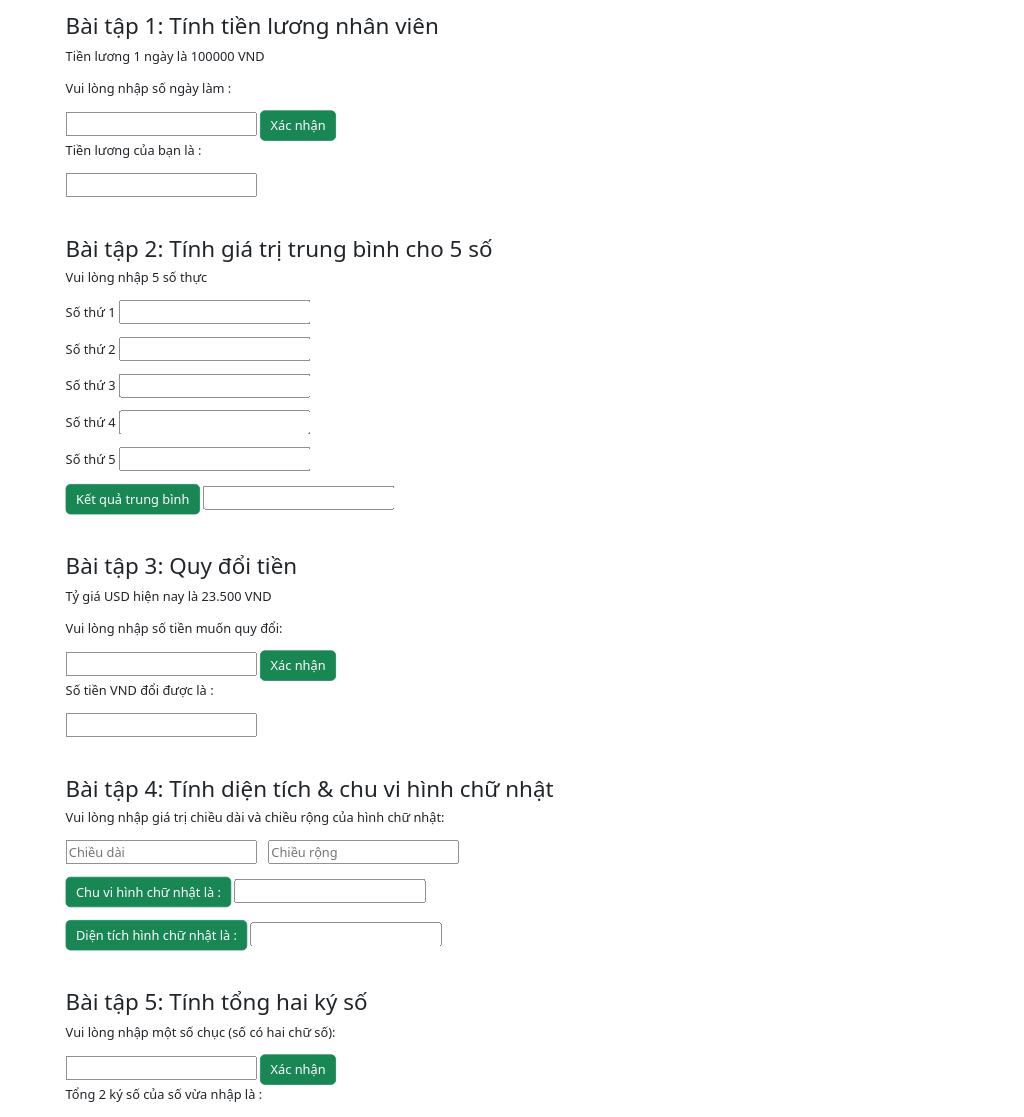
Repository: hcozyph/TranHuuPhuoc_BC43_BT_JS_Buoi2
Page: index.html
These files come from the project's save history. The page is drawn as it stood at one moment and after the next save; the edit follows.
The browser window is 1280 px wide. The pictures show the whole page, at 80% of full size.

Above is the page before, as saved 2023-01-21 23:27:58.

### index.html
<!DOCTYPE html>
<html lang="en">
    <head>
        <title>BT JS - Buoi 1</title>
        <!-- Required meta tags -->
        <meta charset="utf-8" />
        <meta
            name="viewport"
            content="width=device-width, initial-scale=1, shrink-to-fit=no"
        />

        <!-- Bootstrap CSS v5.2.1 -->
        <link
            href="https://cdn.jsdelivr.net/npm/bootstrap@5.2.1/dist/css/bootstrap.min.css"
            rel="stylesheet"
            integrity="sha384-iYQeCzEYFbKjA/T2uDLTpkwGzCiq6soy8tYaI1GyVh/UjpbCx/TYkiZhlZB6+fzT"
            crossorigin="anonymous"
        />

        <!-- FontAwesome 6.2.0 CSS -->
        <link
            rel="stylesheet"
            href="https://cdnjs.cloudflare.com/ajax/libs/font-awesome/6.2.0/css/all.min.css"
            integrity="sha512-xh6O/CkQoPOWDdYTDqeRdPCVd1SpvCA9XXcUnZS2FmJNp1coAFzvtCN9BmamE+4aHK8yyUHUSCcJHgXloTyT2A=="
            crossorigin="anonymous"
            referrerpolicy="no-referrer"
        />

        <!-- index.css -->
        <link rel="stylesheet" href="./style/index.css" />
    </head>

    <body>
        <!-- BT1 -->
        <div class="container">
            <div class="BT1">
                <h1 class="fs-3 mt-3">Bài tập 1: Tính tiền lương nhân viên</h1>
                <p>Tiền lương 1 ngày là 100000 VND</p>
                <p>Vui lòng nhập số ngày làm :</p>
                <input type="number" id="soNgayLam" />
                <button
                    class="btn btn-success"
                    id="btnXacNhan"
                    onclick="inputSoNgayLam()"
                >
                    Xác nhận
                </button>
                <p>Tiền lương của bạn là :</p>
                <input type="text" id="result" />
            </div>

            <!-- BT2 -->
            <div class="BT2">
                <h1 class="fs-3 mt-5">
                    Bài tập 2: Tính giá trị trung bình cho 5 số
                </h1>
                <p>Vui lòng nhập 5 số thực</p>

                <p>Số thứ 1 <input type="number" id="n1" /></p>
                <p>Số thứ 2 <input type="number" id="n2" /></p>
                <p>Số thứ 3 <input type="number" id="n3" /></p>
                <p>Số thứ 4 <input type="number" id="n4" /></p>
                <p>Số thứ 5 <input type="number" id="n5" /></p>

                <button
                    class="btn btn-success"
                    id="btnAverage"
                    onclick="average()"
                >
                    Kết quả trung bình
                </button>
                <input type="text" id="average" />
            </div>

            <!-- BT3 -->
            <div class="BT3">
                <h1 class="fs-3 mt-5">Bài tập 3: Quy đổi tiền</h1>
                <p>Tỷ giá USD hiện nay là 23.500 VND</p>
                <p>Vui lòng nhập số tiền muốn quy đổi:</p>

                <input type="number" id="inputUsd" />
                <button
                    class="btn btn-success"
                    id="btnTradeMoney"
                    onclick="tradeMoney ()"
                >
                    Xác nhận
                </button>

                <p>Số tiền VND đổi được là :</p>
                <input type="text" id="tradeMoney" />
            </div>

            <!-- BT4 -->
            <div class="BT4">
                <h1 class="fs-3 mt-5">
                    Bài tập 4: Tính diện tích & chu vi hình chữ nhật
                </h1>
                <p>
                    Vui lòng nhập giá trị chiều dài và chiều rộng của hình chữ
                    nhật:
                </p>

                <input type="number" id="length" placeholder="Chiều dài" />
                <input
                    style="margin-left: 10px"
                    type="number"
                    id="width"
                    placeholder="Chiều rộng"
                />

                <div class="chuVi mt-3">
                    <button class="btn btn-success" onclick="chuVi()">
                        Chu vi hình chữ nhật là :
                    </button>
                    <input type="number" id="chuVi" />
                </div>

                <div class="dienTich mt-3">
                    <button class="btn btn-success" onclick="dienTich()">
                        Diện tích hình chữ nhật là :
                    </button>
                    <input type="number" id="dienTich" />
                </div>
            </div>

            <!-- BT5 -->
            <div class="BT5">
                <h1 class="fs-3 mt-5">Bài tập 5: Tính tổng hai ký số</h1>
                <p>Vui lòng nhập một số chục (số có hai chữ số):</p>
                <input type="number" id="inputSoChuc" />
                <button class="btn btn-success">Xác nhận</button>
                <p>Tổng 2 ký số của số vừa nhập là :</p>
            </div>
        </div>

        <!-- Bootstrap JavaScript Libraries -->
        <script
            src="https://cdn.jsdelivr.net/npm/@popperjs/core@2.11.6/dist/umd/popper.min.js"
            integrity="sha384-oBqDVmMz9ATKxIep9tiCxS/Z9fNfEXiDAYTujMAeBAsjFuCZSmKbSSUnQlmh/jp3"
            crossorigin="anonymous"
        ></script>

        <script
            src="https://cdn.jsdelivr.net/npm/bootstrap@5.2.1/dist/js/bootstrap.min.js"
            integrity="sha384-7VPbUDkoPSGFnVtYi0QogXtr74QeVeeIs99Qfg5YCF+TidwNdjvaKZX19NZ/e6oz"
            crossorigin="anonymous"
        ></script>

        <!-- index.js -->
        <script src="./index.js"></script>
    </body>
</html>

### index.js
//BT1: Tính tiền lương nhân viên
function inputSoNgayLam () {
    //input
    var soNgayLam = document.getElementById('soNgayLam').value;
    var luongMotNgay = 100000;

    //output
    var result = 0;

    //progress
    var result = parseInt(soNgayLam) * parseInt(luongMotNgay);

    document.getElementById('result').value = result.toLocaleString() + ' VND';
}

//BT2: Tính trung bình cộng 5 số
function average () {
    //input
    var n1 = document.getElementById('n1').value;
    var n2 = document.getElementById('n2').value;
    var n3 = document.getElementById('n3').value;
    var n4 = document.getElementById('n4').value;
    var n5 = document.getElementById('n5').value;
    //output
    var average = 0;
    var soLuongInput = 5;

    //progress
    var sum = parseFloat(n1) + parseFloat(n2) + parseFloat(n3) + parseFloat(n4) + parseFloat(n5);

    var average =  sum / parseFloat(soLuongInput) ;

    document.getElementById('average').value = average;
}

//BT3: Quy đổi tiền
function tradeMoney () {
    //input
    var inputUsd = document.getElementById('inputUsd').value;
    var tyGia = 23500;

    //output
    var tradeMoney = 0;

    //progress
    var tradeMoney = parseInt(inputUsd) * parseInt(tyGia);
    document.getElementById('tradeMoney').value = tradeMoney.toLocaleString() + ' VND';
}

//BT4: Tính chu vi & diện tích hình chữ nhật
function chuVi () {
    // input
    var length = document.getElementById('length').value;
    var width = document.getElementById('width').value;

    //output
    var chuVi = ( parseInt(length) + parseInt(width) ) * 2;

    //progress
    document.getElementById('chuVi').value = chuVi.toLocaleString();
}


function dienTich () {
    // input
    var length = document.getElementById('length').value;
    var width = document.getElementById('width').value;

    //output
    var dienTich = parseInt(length) * parseInt(width) ;

    //progress
    document.getElementById('dienTich').value = dienTich.toLocaleString();
}


//BT5: Tính tổng hai ký số







/*
Link vercel:
https://tran-huu-phuoc-bc-43-bt-js-buoi1.vercel.app/
*/

Loaded but not shown: style/index.css (no stored copy; drawn as an empty file)

After the next save:
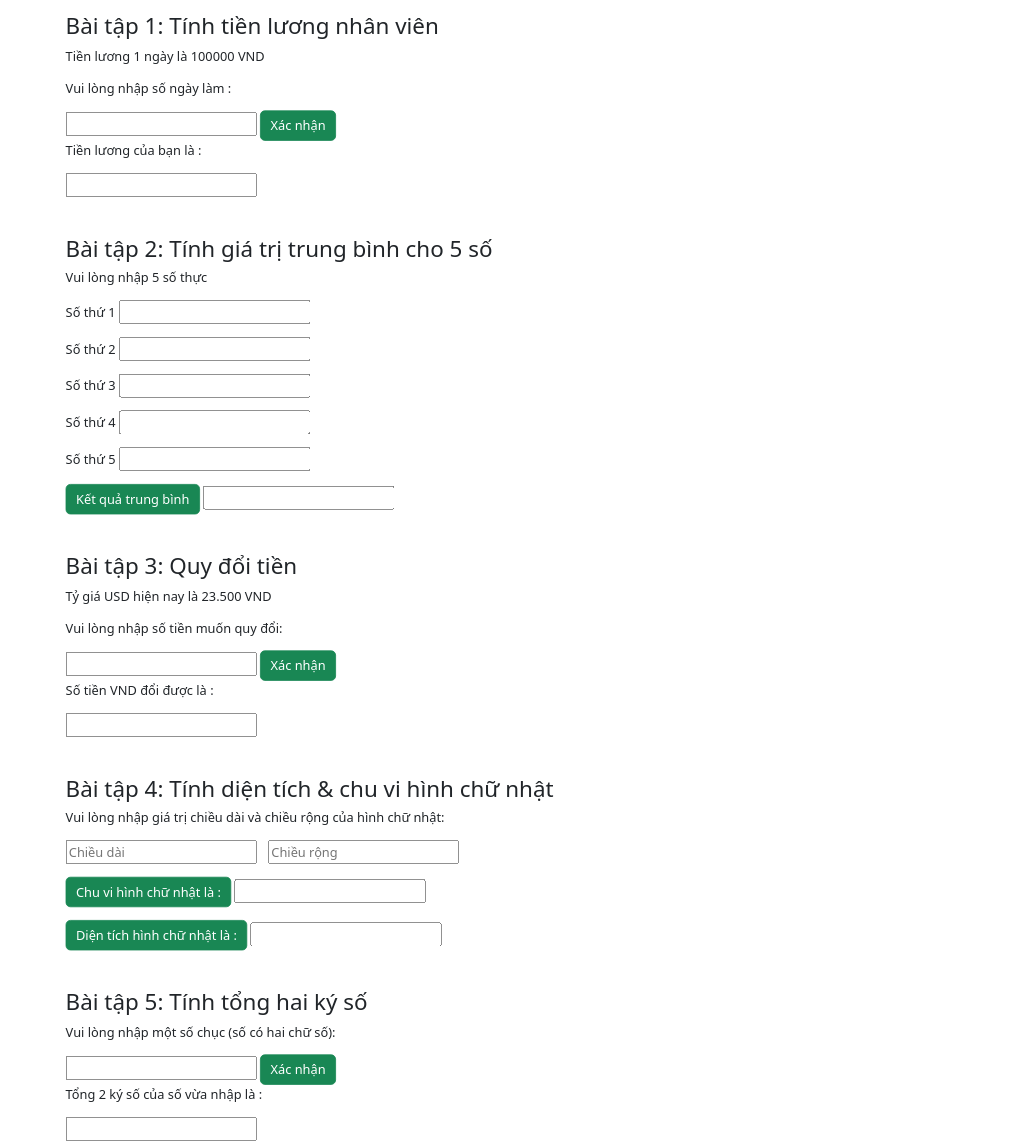
Saved 99 s later.
--- a/index.html
+++ b/index.html
@@ -129,8 +129,11 @@
                 <h1 class="fs-3 mt-5">Bài tập 5: Tính tổng hai ký số</h1>
                 <p>Vui lòng nhập một số chục (số có hai chữ số):</p>
                 <input type="number" id="inputSoChuc" />
-                <button class="btn btn-success">Xác nhận</button>
+                <button class="btn btn-success" onclick="tong2KySo()">
+                    Xác nhận
+                </button>
                 <p>Tổng 2 ký số của số vừa nhập là :</p>
+                <input type="number" id="tong2KySo" />
             </div>
         </div>
 
